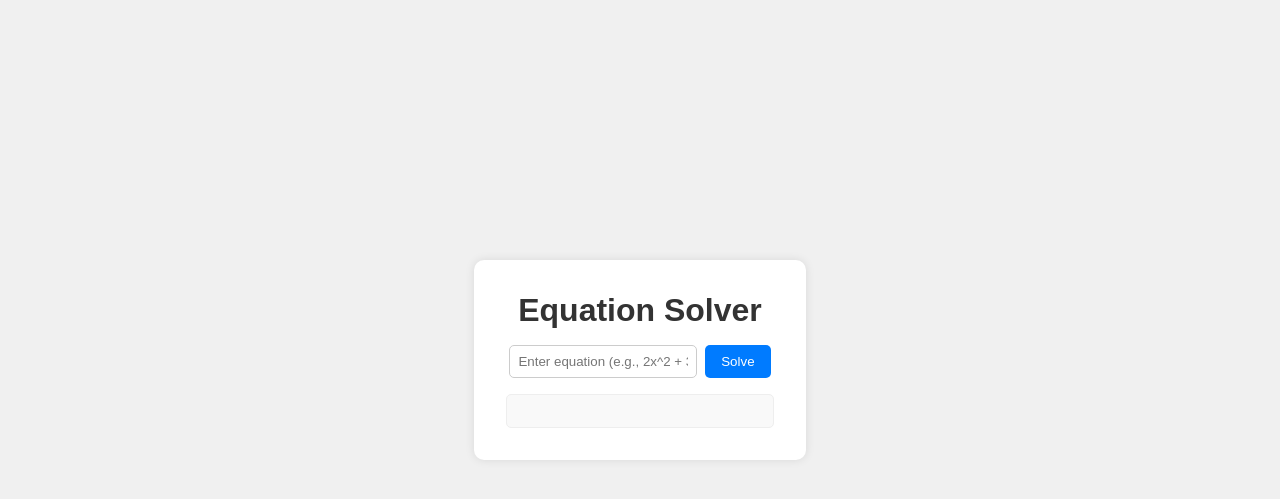
Repository: ngl-ankit/equation-solver
Page: index.html
An editor plug-in stored every save of this project. The page is shown before and after the next save, followed by the edit.
The browser window is 1280 px wide. The pictures show the whole page.

Above is the page before, as saved 2024-07-07 12:03:18.

### index.html
<!DOCTYPE html>
<html lang="en">
  <head>
    <meta charset="UTF-8" />
    <meta name="viewport" content="width=device-width, initial-scale=1.0" />
    <title>Equation Solver</title>
    <link rel="stylesheet" href="styles.css" />
  </head>
  <body>
    <div class="container">
      <h1>Equation Solver</h1>
      <form id="equation-form">
        <input
          type="text"
          id="equation-input"
          placeholder="Enter equation (e.g., 2x^2 + 3x - 5 = 0)"
          required
        />
        <button type="submit">Solve</button>
      </form>
      <div id="results" class="results"></div>
    </div>
    <script src="script.js"></script>
  </body>
</html>

### styles.css
* {
  margin: 0;
  padding: 0;
  box-sizing: border-box;
  font-family: Arial, sans-serif;
}

body {
  display: flex;
  justify-content: center;
  align-items: center;
  height: 100vh;
  background-color: #f0f0f0;
}

.container {
  background: #fff;
  padding: 2rem;
  border-radius: 10px;
  box-shadow: 0 0 10px rgba(0, 0, 0, 0.1);
  text-align: center;
}

h1 {
  margin-bottom: 1rem;
  color: #333;
}

form {
  display: flex;
  justify-content: center;
  margin-bottom: 1rem;
}

input[type="text"] {
  width: 70%;
  padding: 0.5rem;
  border: 1px solid #ccc;
  border-radius: 5px;
  margin-right: 0.5rem;
}

button {
  padding: 0.5rem 1rem;
  border: none;
  background-color: #007bff;
  color: #fff;
  border-radius: 5px;
  cursor: pointer;
  transition: background-color 0.3s;
}

button:hover {
  background-color: #0056b3;
}

.results {
  margin-top: 1rem;
  padding: 1rem;
  background: #f9f9f9;
  border: 1px solid #eee;
  border-radius: 5px;
}

.results p {
  margin-bottom: 0.5rem;
}

### script.js
document.getElementById('equation-form').addEventListener('submit', function (event) {
  event.preventDefault();
  const equation = document.getElementById('equation-input').value;
  const result = solveEquation(equation);
  displayResults(result);
});

function solveEquation(equation) {
  // Parsing the equation (simple parsing for demonstration)
  const [a, b, c] = [2, 3, -5];

  const discriminant = () => b ** 2 - 4 * a * c;
  const hasRealSolutions = discriminant() >= 0 ? true : false;

  const solutions = hasRealSolutions ? [
    (-b + Math.sqrt(discriminant())) / (2 * a),
    (-b - Math.sqrt(discriminant())) / (2 * a)
  ] : [];

  const result = {
    equation,
    hasRealSolutions,
    solutions
  };

  return result;
}

function displayResults(result) {
  const resultsDiv = document.getElementById('results');
  resultsDiv.innerHTML = `
    <p><strong>Equation:</strong> ${result.equation}</p>
    <p><strong>Has Real Solutions:</strong> ${result.hasRealSolutions}</p>
    <p><strong>Solutions:</strong> ${result.solutions.length ? result.solutions.join(', ') : 'No real solutions'}</p>
  `;
}

After the next save:
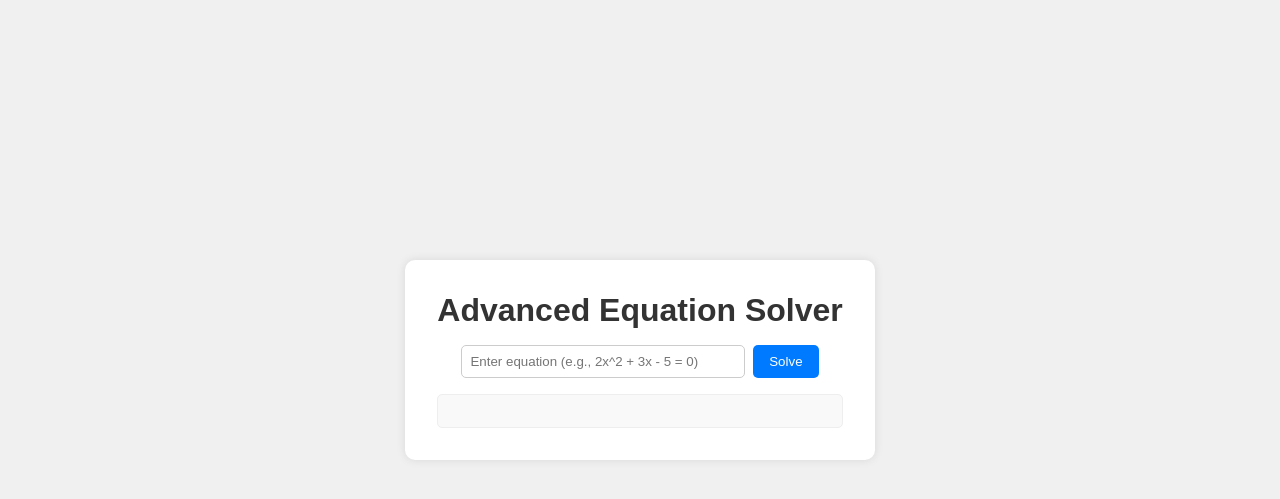
Saved 6 min 21 s later.
--- a/index.html
+++ b/index.html
@@ -3,12 +3,12 @@
   <head>
     <meta charset="UTF-8" />
     <meta name="viewport" content="width=device-width, initial-scale=1.0" />
-    <title>Equation Solver</title>
+    <title>Advanced Equation Solver</title>
     <link rel="stylesheet" href="styles.css" />
   </head>
   <body>
     <div class="container">
-      <h1>Equation Solver</h1>
+      <h1>Advanced Equation Solver</h1>
       <form id="equation-form">
         <input
           type="text"
